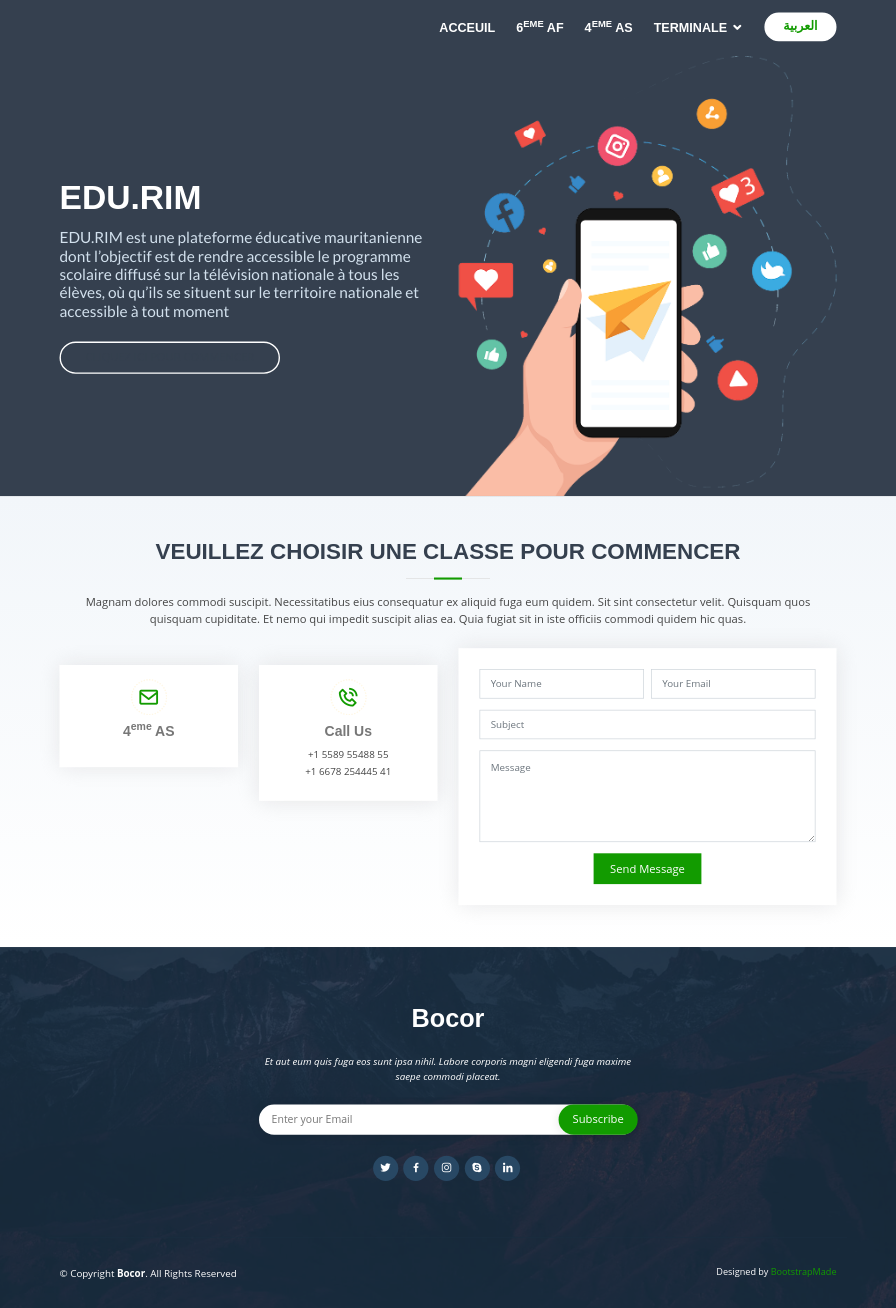
Repository: athiemohamed/courat
Page: http://localhost/
An editor plug-in stored every save of this project. The page is shown before and after the next save, followed by the edit.
The browser window is 1280 px wide. The pictures show the whole page, at 70% of full size.
Some web fonts or font styles are not loaded; a fallback is used. The page is run by PHP 8.4 with error messages shown; the project is at /var/www/html/.

Above is the page before, as saved 2020-03-26 12:13:35.

After the next save:
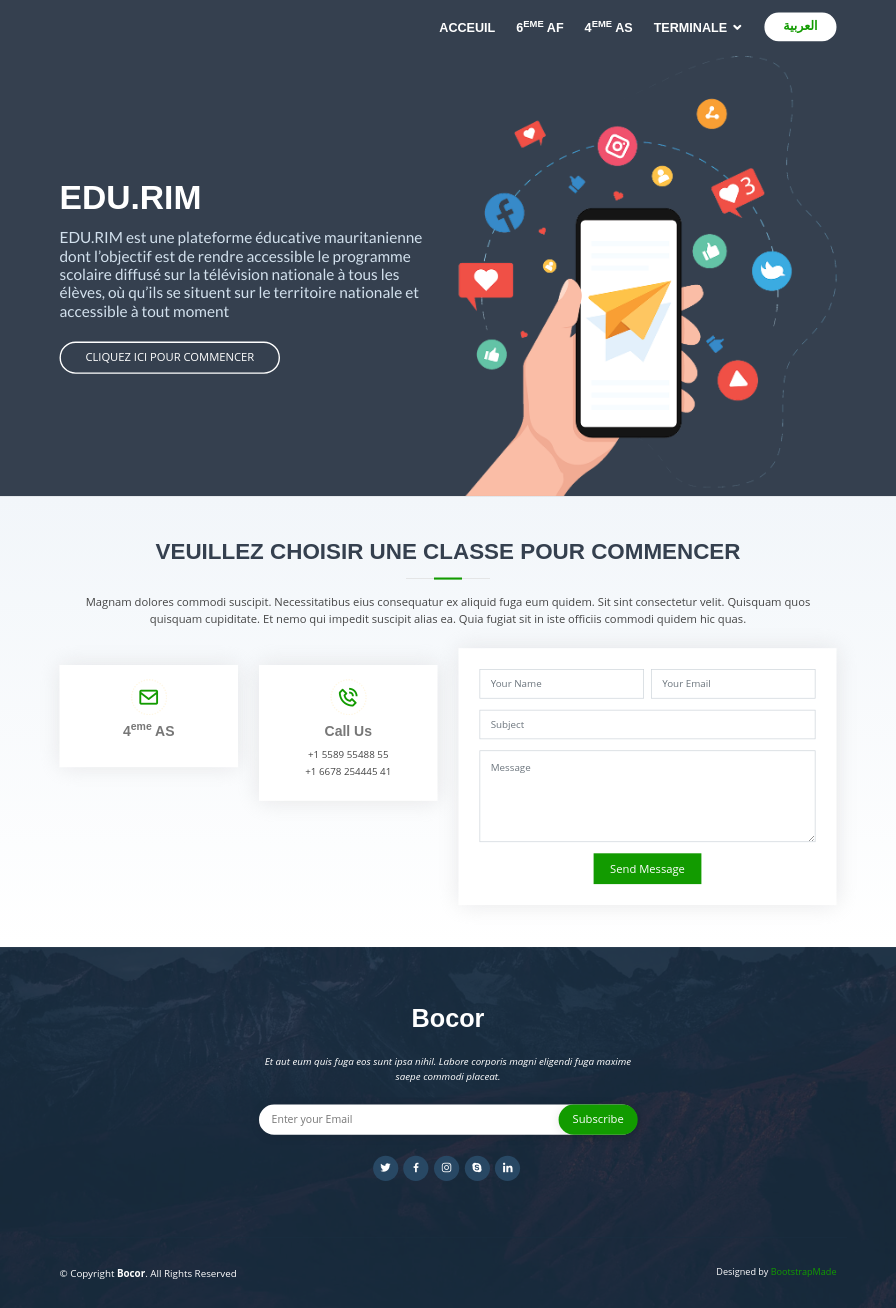
Saved 11 s later.
--- a/assets/css/style.css
+++ b/assets/css/style.css
@@ -381,7 +381,7 @@ h1, h2, h3, h4, h5, h6 {
 }
 
 #hero .btn-get-started {
-  color: #35404f;
+  color: #fff;
   border-radius: 50px;
   padding: 8px 35px 10px 35px;
   border: 2px solid #fff;
